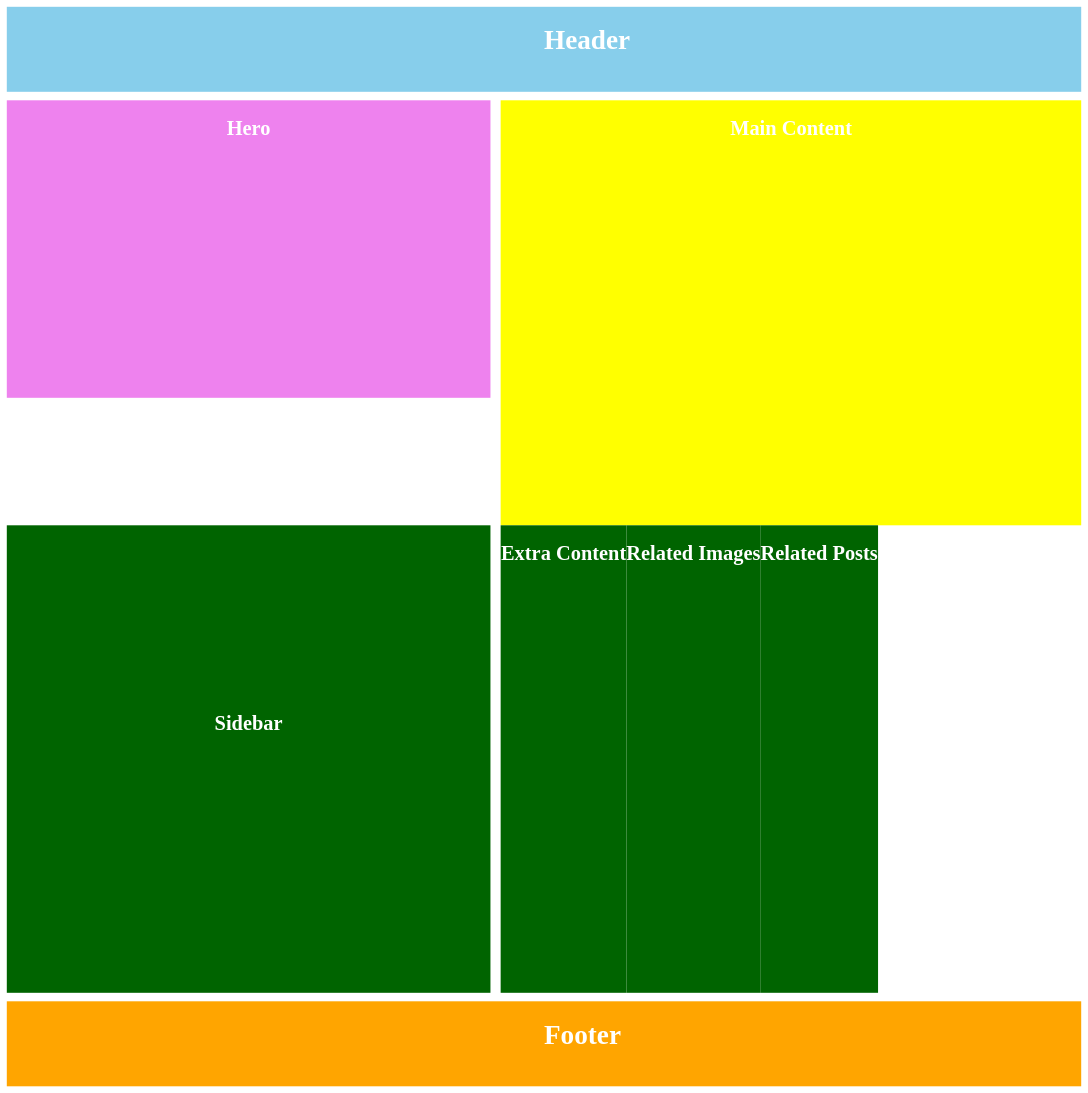
Repository: harshitanthal1/assignments_avisoft
Page: 01-02-2024/assignment_2/index.html
An editor plug-in stored every save of this project. The page is shown before and after the next save, followed by the edit.
The browser window is 1280 px wide. The pictures show the whole page, at 85% of full size.

Above is the page before, as saved 2024-02-01 17:24:20.

### 01-02-2024/assignment_2/index.html
<!DOCTYPE html>
<html lang="en">
<head>
    <meta charset="UTF-8">
    <meta name="viewport" content="width=device-width, initial-scale=1.0">
    <title>Assignment 2</title>
    <link rel="stylesheet" href="styles/styles.css" />
</head>
<body>
    <div id="box">
       <div id="header"><h1>Header</h1></div>
       <div id="main">
           <div id="box1"><h2>Hero</h2></div>
           <div id="box2"><h2>Main Content</h2></div>
           <div id="box3"><h2>Sidebar</h2></div>
           <div id="box4"><h2>Extra Content</h2></div>
           <div id="box5"><h2>Related Images</h2></div>
           <div id="box6"><h2>Related Posts</h2></div>
       </div>
       <div id="footer"><h1>Footer</h1></div>
    </div>
</body>
</html>

### 01-02-2024/assignment_2/styles/styles.css

#header {
    background-color: skyblue;
    display: flex;
    color: white;
    padding-left: 50%;
    height: 100px;
    margin-bottom: 10px;
}

#main {
    display: flex;
    flex-wrap: wrap;
    color: white;
    text-align: center;
}

#box1 {
    background-color: violet;
    width: 45%;
    height: 350px;
    margin-right: 1%;
}

#box2 {
    background-color: yellow;
    width: 54%;
    height: 500px;
}

#box3 {
    background-color: darkgreen;
    width: 45%;
    height: 350px;
    margin-right: 1%;
    padding-top: 200px;
}

#box4 {
    background-color: darkgreen;
}

#box5 {
    background-color: darkgreen;
}

#box6 {
    background-color: darkgreen;
}

#footer {
    background-color: orange;
    display: flex;
    color: white;
    padding-left: 50%;
    height: 100px;
    margin-top: 10px;
    align-content: flex-end;
}

After the next save:
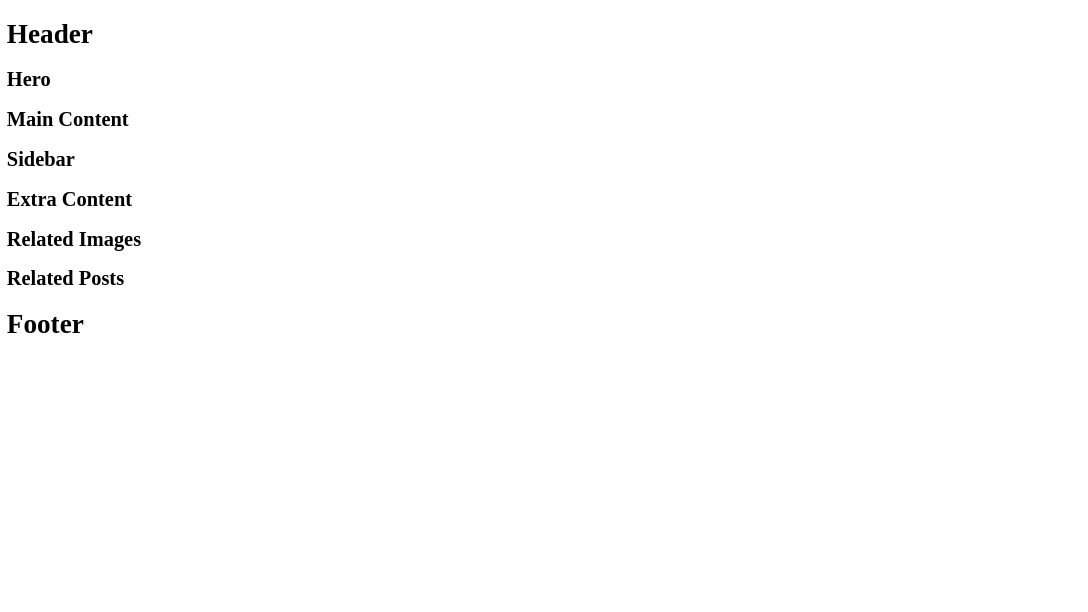
Saved 13 min 39 s later.
--- a/01-02-2024/assignment_2/styles/styles.css
+++ b/01-02-2024/assignment_2/styles/styles.css
@@ -1,59 +1,8 @@
+#main-sec {
+    display: flex;
+    width: 600px;
+}
 
 #header {
-    background-color: skyblue;
-    display: flex;
-    color: white;
-    padding-left: 50%;
-    height: 100px;
-    margin-bottom: 10px;
+
 }
-
-#main {
-    display: flex;
-    flex-wrap: wrap;
-    color: white;
-    text-align: center;
-}
-
-#box1 {
-    background-color: violet;
-    width: 45%;
-    height: 350px;
-    margin-right: 1%;
-}
-
-#box2 {
-    background-color: yellow;
-    width: 54%;
-    height: 500px;
-}
-
-#box3 {
-    background-color: darkgreen;
-    width: 45%;
-    height: 350px;
-    margin-right: 1%;
-    padding-top: 200px;
-}
-
-#box4 {
-    background-color: darkgreen;
-}
-
-#box5 {
-    background-color: darkgreen;
-}
-
-#box6 {
-    background-color: darkgreen;
-}
-
-#footer {
-    background-color: orange;
-    display: flex;
-    color: white;
-    padding-left: 50%;
-    height: 100px;
-    margin-top: 10px;
-    align-content: flex-end;
-}
